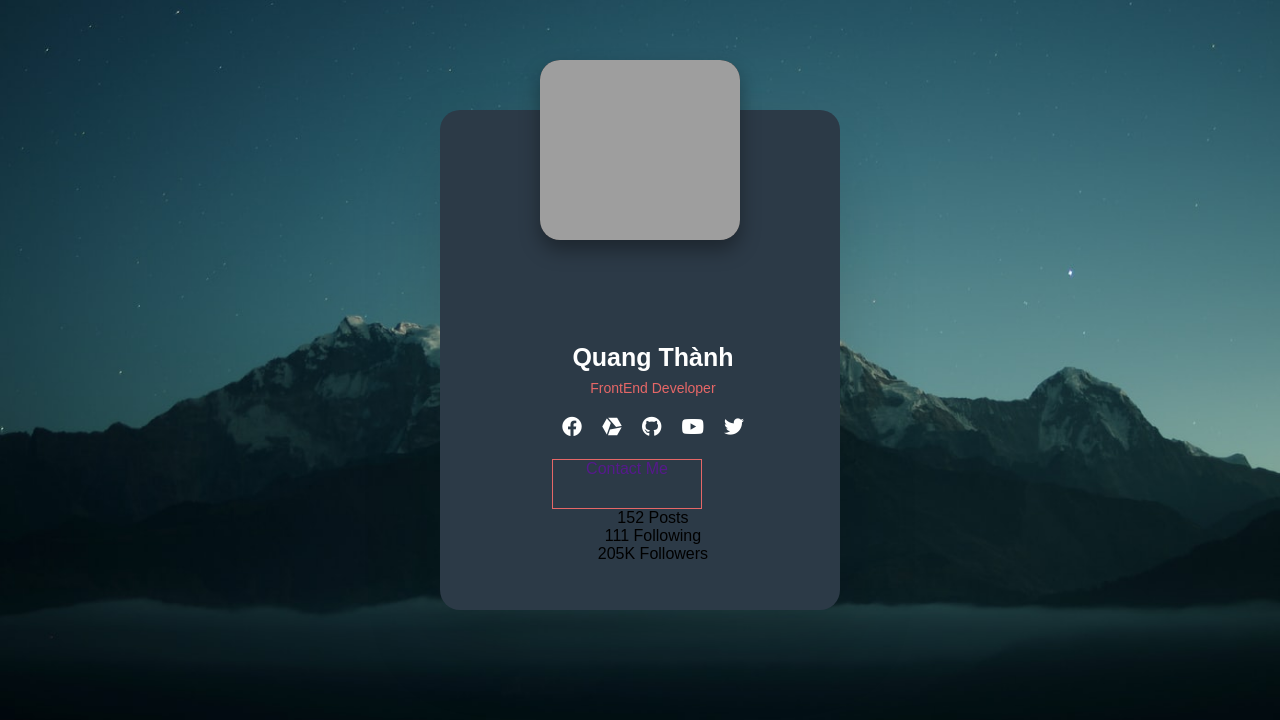
Repository: QuangThanh152/Profile-me
Page: index.html
The author's editor kept a copy of each file at every save. The page is drawn from the files as they stood at one save, then again after the next save.
The browser window is 1280 px wide. The pictures show the whole page.
Pictures or frames that could not be fetched are drawn as grey boxes.

Above is the page before, as saved 2022-10-07 15:27:19.

### index.html
<!DOCTYPE html>
<html lang="en">
<head>
    <meta charset="UTF-8">
    <meta http-equiv="X-UA-Compatible" content="IE=edge">
    <meta name="viewport" content="width=device-width, initial-scale=1.0">
    <link rel="stylesheet" href="./accets/font/fontawesome-free-6.1.2-web/css/all.min.css">
    <link rel="stylesheet" href="./accets/main.css">
    <title>Profile-QT</title>
</head>
<body>
    <div class="card">
        <div class="card-header">
            <img src="./accets/img/IMG_20220202_135645.jpg" alt="" class="img-me">
        </div>
        <div class="content">
            <div class="name">Quang Thành</div>
            <div class="desc">FrontEnd Developer</div>
            <div class="SocialNetwork">
                <a href="" class="icon"><i class="fa-brands fa-facebook"></i></a>
                <a href="" class="icon"><i class="fa-brands fa-instalod"></i></i></a>
                <a href="" class="icon"><i class="fa-brands fa-github"></i></i></a>
                <a href="" class="icon"><i class="fa-brands fa-youtube"></i></i></a>
                <a href="" class="icon"><i class="fa-brands fa-twitter"></i></i></a>
            </div>
            <a href="" class="btn-contact">Contact Me</a>
            <div class="card-footer">
                <div class="number">
                    <div class="item">
                        <span>152</span>
                        Posts
                    </div>
                </div>
                <div class="number">
                    <div class="item">
                        <span>111</span>
                        Following
                    </div>
                </div>
                <div class="number">
                    <div class="item">
                        <span>205K</span>
                        Followers
                    </div>
                </div>
            </div>
        </div>
    </div>
</body>
</html>

### accets/main.css
* {
    padding: 0;
    margin: 0;
    box-sizing: border-box;
    font-family: 'Poppins', sans-serif;
    text-decoration: none;
}

body {
    min-height: 100vh;
    background: url(/accets/img/img-big.jpg) no-repeat center;
    background-size: cover;
    display: flex;
    justify-content: center;
    align-items: center;
}

.card {
    position: relative;
    width: 400px;
    /* height: 190px; */
    height: 500px;
    border-radius: 20px;
    background: #2c3a47;
    transition: 0.2s;
    box-shadow: 0 35px 80px rgba(0,0,0,0.15);
}
.card:hover {
    height: 500px;
}
.card-header {
    position: absolute;
    background: rgb(21, 19, 19);
    left: 50%;
    top: -50px;
    transform: translateX(-50%);
    width: 200px;
    height: 180px;
    border-radius: 20px;
    box-shadow: 0 10px 20px rgba(0,0,0,0.35);
    overflow: hidden;
    transition: 0.3s;
}
.card:hover .card-header {
    width: 250px;
    height: 250px;
    transition: 0.2s;
}
.img-me {
    position: absolute;
    top: 0;
    left: 0;
    width: 100%;
    height: 100%;
    object-fit: cover;
}
.content {
    position: absolute;
    top: 45%;
    text-align: center;
    align-items: center;
    left: 28%;
}
.name {
    font-size: 25px;
    font-weight: 600;
    padding: 8px;
    color: #fff;
}
.desc {
    font-size: 14px;
    padding: 0 0 20px 0;
    color: #e66767;
}
.SocialNetwork {
    display: flex;
    justify-content: center;
    margin: 0 0 20px 0;
}
.SocialNetwork a{
    font-size: 20px;
    color: white;
    padding: 0 10px 0;
}

.btn-contact {
    width: 150px;
    display: block;
    height: 50px;
    border: 1px solid #e66767;
}

Loaded but not shown: accets/font/fontawesome-free-6.1.2-web/css/all.min.css (library)

After the next save:
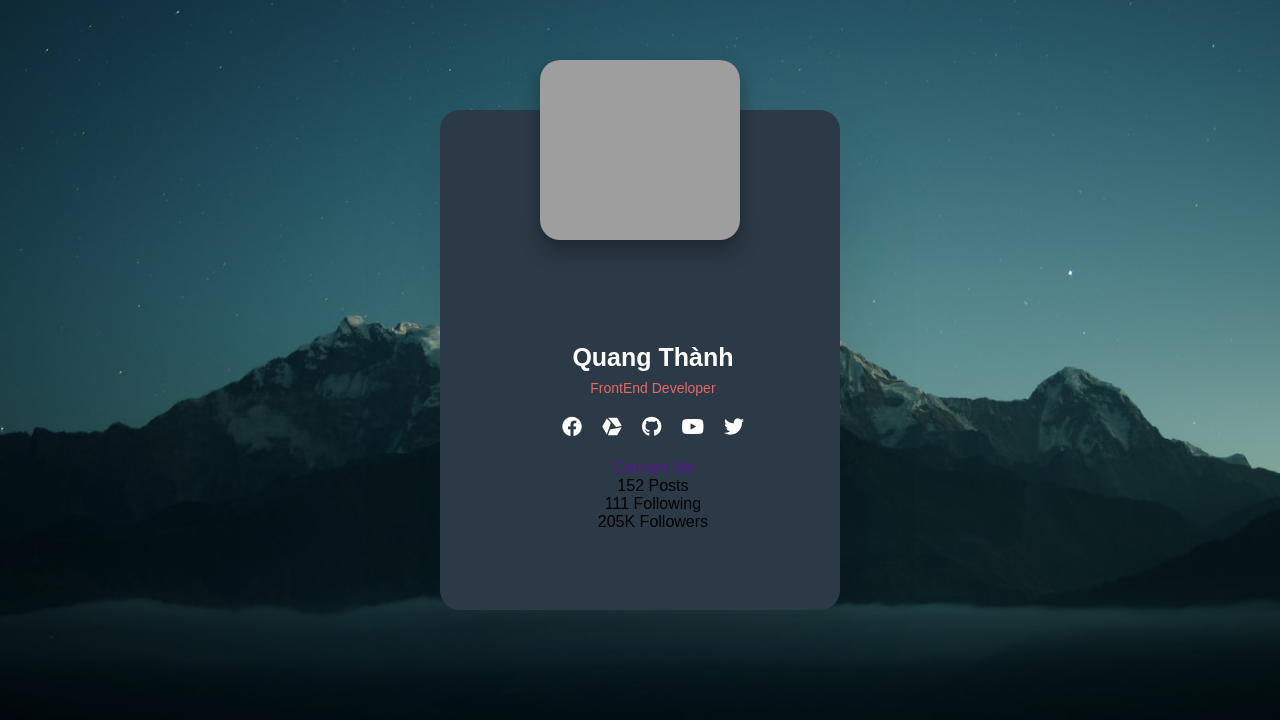
Saved 2 min 1 s later.
--- a/accets/main.css
+++ b/accets/main.css
@@ -82,10 +82,10 @@ body {
     color: white;
     padding: 0 10px 0;
 }
+.SocialNetwork a:hover {
+    color: #e66767;
+}
 
 .btn-contact {
-    width: 150px;
-    display: block;
-    height: 50px;
-    border: 1px solid #e66767;
+
 }
